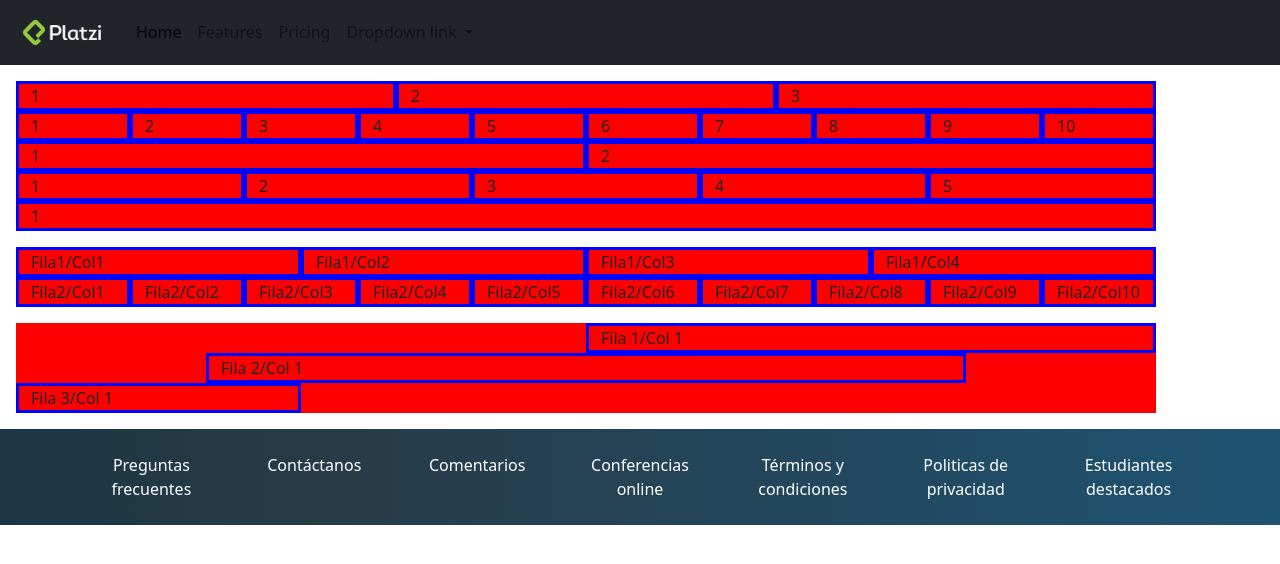
Repository: alexvl06/alexvl06.github.io
Page: index.html
The author's editor kept a copy of each file at every save. The page is drawn from the files as they stood at one save, then again after the next save.
The browser window is 1280 px wide. The pictures show the whole page.

Above is the page before, as saved 2022-07-11 09:23:35.

### index.html
<!DOCTYPE html>
<html lang="en">
  <head>
    <meta charset="utf-8" />
    <meta name="viewport" content="width=device-width, initial-scale=1" />
    <title>Bootstrap demo</title>
    <link
      href="https://cdn.jsdelivr.net/npm/bootstrap@5.2.0-beta1/dist/css/bootstrap.min.css"
      rel="stylesheet"
      integrity="sha384-0evHe/X+R7YkIZDRvuzKMRqM+OrBnVFBL6DOitfPri4tjfHxaWutUpFmBp4vmVor"
      crossorigin="anonymous"
    />
    <link rel="stylesheet" href="index.css" />
  </head>
  <body>
    <header>
      <nav class="navbar navbar-expand-lg bg-dark">
        <div class="container-fluid">
          <a class="navbar-brand" href="#"><img src="assets/images/logo.webp" width="100px" alt=""></a>
          <button
            class="navbar-toggler"
            type="button"
            data-bs-toggle="collapse"
            data-bs-target="#navbarNavDropdown"
            aria-controls="navbarNavDropdown"
            aria-expanded="false"
            aria-label="Toggle navigation"
          >
            <span class="navbar-toggler-icon"></span>
          </button>
          <div class="collapse navbar-collapse" id="navbarNavDropdown">
            <ul class="navbar-nav">
              <li class="nav-item">
                <a class="nav-link active" aria-current="page" href="#">Home</a>
              </li>
              <li class="nav-item">
                <a class="nav-link" href="#">Features</a>
              </li>
              <li class="nav-item">
                <a class="nav-link" href="#">Pricing</a>
              </li>
              <li class="nav-item dropdown">
                <a
                  class="nav-link dropdown-toggle"
                  href="#"
                  id="navbarDropdownMenuLink"
                  role="button"
                  data-bs-toggle="dropdown"
                  aria-expanded="false"
                >
                  Dropdown link
                </a>
                <ul
                  class="dropdown-menu"
                  aria-labelledby="navbarDropdownMenuLink"
                >
                  <li><a class="dropdown-item" href="#">Action</a></li>
                  <li><a class="dropdown-item" href="#">Another action</a></li>
                  <li>
                    <a class="dropdown-item" href="#">Something else here</a>
                  </li>
                </ul>
              </li>
            </ul>
          </div>
        </div>
      </nav>
    </header>
    <div class="container m-3" style="background: red">
      <div class="row">
        <div class="col" style="border: solid blue">1</div>
        <div class="col" style="border: solid blue">2</div>
        <div class="col" style="border: solid blue">3</div>
      </div>
      <div class="row">
        <div class="col" style="border: solid blue">1</div>
        <div class="col" style="border: solid blue">2</div>
        <div class="col" style="border: solid blue">3</div>
        <div class="col" style="border: solid blue">4</div>
        <div class="col" style="border: solid blue">5</div>
        <div class="col" style="border: solid blue">6</div>
        <div class="col" style="border: solid blue">7</div>
        <div class="col" style="border: solid blue">8</div>
        <div class="col" style="border: solid blue">9</div>
        <div class="col" style="border: solid blue">10</div>
      </div>
      <div class="row">
        <div class="col" style="border: solid blue">1</div>
        <div class="col" style="border: solid blue">2</div>
      </div>
      <div class="row">
        <div class="col" style="border: solid blue">1</div>
        <div class="col" style="border: solid blue">2</div>
        <div class="col" style="border: solid blue">3</div>
        <div class="col" style="border: solid blue">4</div>
        <div class="col" style="border: solid blue">5</div>
      </div>
      <div class="row">
        <div class="col" style="border: solid blue">1</div>
      </div>
    </div>

    <div class="container m-3" style="background: red">
      <div class="row">
        <div class="col-6 col-md-3" style="border: solid blue">Fila1/Col1</div>
        <div class="col-6 col-md-3" style="border: solid blue">Fila1/Col2</div>
        <div class="col-6 col-md-3" style="border: solid blue">Fila1/Col3</div>
        <div class="col-6 col-md-3" style="border: solid blue">Fila1/Col4</div>
      </div>
      <div class="row">
        <div class="col-12 col-md-6 col-lg" style="border: solid blue">
          Fila2/Col1
        </div>
        <div class="col-12 col-md-6 col-lg" style="border: solid blue">
          Fila2/Col2
        </div>
        <div class="col-12 col-md-6 col-lg" style="border: solid blue">
          Fila2/Col3
        </div>
        <div class="col-12 col-md-6 col-lg" style="border: solid blue">
          Fila2/Col4
        </div>
        <div class="col-12 col-md-6 col-lg" style="border: solid blue">
          Fila2/Col5
        </div>
        <div class="col-12 col-md-6 col-lg" style="border: solid blue">
          Fila2/Col6
        </div>
        <div class="col-12 col-md-6 col-lg" style="border: solid blue">
          Fila2/Col7
        </div>
        <div class="col-12 col-md-6 col-lg" style="border: solid blue">
          Fila2/Col8
        </div>
        <div class="col-12 col-md-6 col-lg" style="border: solid blue">
          Fila2/Col9
        </div>
        <div class="col-12 col-md-6 col-lg" style="border: solid blue">
          Fila2/Col10
        </div>
      </div>
    </div>

    <div class="container m-3" style="background: red">
      <div class="row">
        <div class="col-12 col-md-6 offset-md-6" style="border: solid blue">
          Fila 1/Col 1
        </div>
      </div>
      <div class="row">
        <div class="col-8 offset-md-2" style="border: solid blue">
          Fila 2/Col 1
        </div>
      </div>
      <div class="row">
        <div class="col-3 offset-9 offset-md-0" style="border: solid blue">
          Fila 3/Col 1
        </div>
      </div>
    </div>
    <footer class="pb-4 pt-4">
      <div class="container">
        <div class="row text-center">
          <div class="col-12 col-lg">
            <a href="#">Preguntas frecuentes</a>
          </div>
          <div class="col-12 col-lg">
            <a href="#">Contáctanos</a>
          </div>
          <div class="col-12 col-lg">
            <a href="#">Comentarios</a>
          </div>
          <div class="col-12 col-lg">
            <a href="#">Conferencias online</a>
          </div>
          <div class="col-12 col-lg">
            <a href="#">Términos y condiciones</a>
          </div>
          <div class="col-12 col-lg">
            <a href="#">Politicas de privacidad</a>
          </div>
          <div class="col-12 col-lg">
            <a href="#">Estudiantes destacados</a>
          </div>
        </div>
      </div>
    </footer>
    <script
      src="https://cdn.jsdelivr.net/npm/bootstrap@5.2.0-beta1/dist/js/bootstrap.bundle.min.js"
      integrity="sha384-pprn3073KE6tl6bjs2QrFaJGz5/SUsLqktiwsUTF55Jfv3qYSDhgCecCxMW52nD2"
      crossorigin="anonymous"
    ></script>
  </body>
</html>

### index.css
footer{
  background: linear-gradient(90deg, #1c3643, #273b47 25%, #1e5372)
}

footer a{
  color: white;
  text-decoration: none;
}


header nav li a{
  color:white;
}

After the next save:
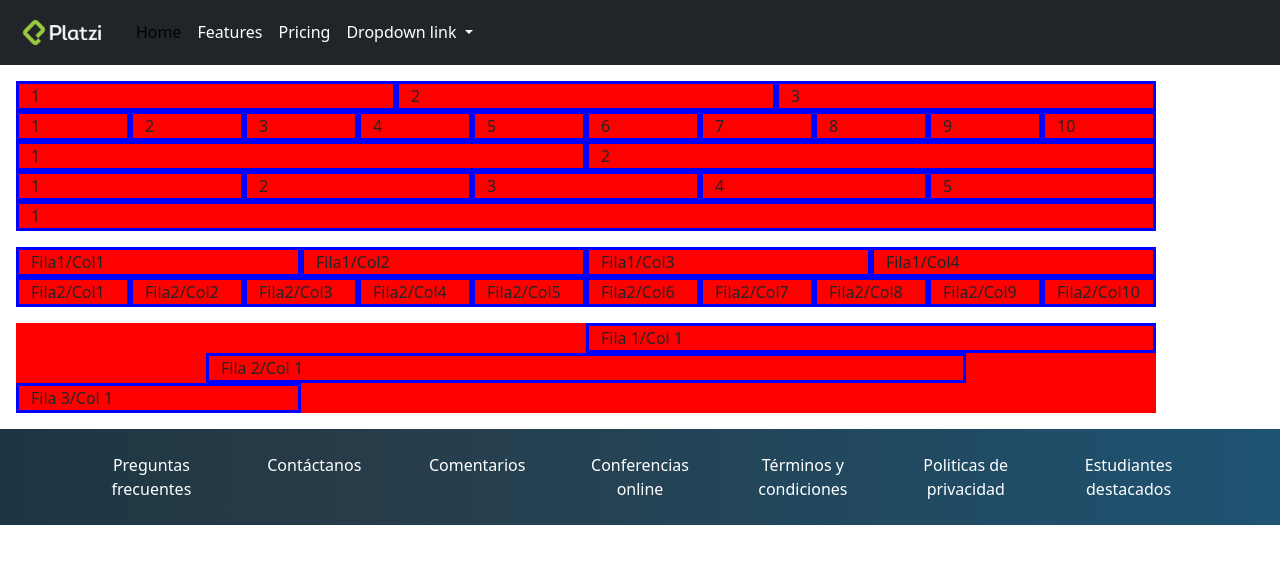
Saved 25 s later.
--- a/index.css
+++ b/index.css
@@ -8,6 +8,6 @@
 }
 
 
-header nav li a{
+.container-fluid li a{
   color:white;
 }

After the save that followed:
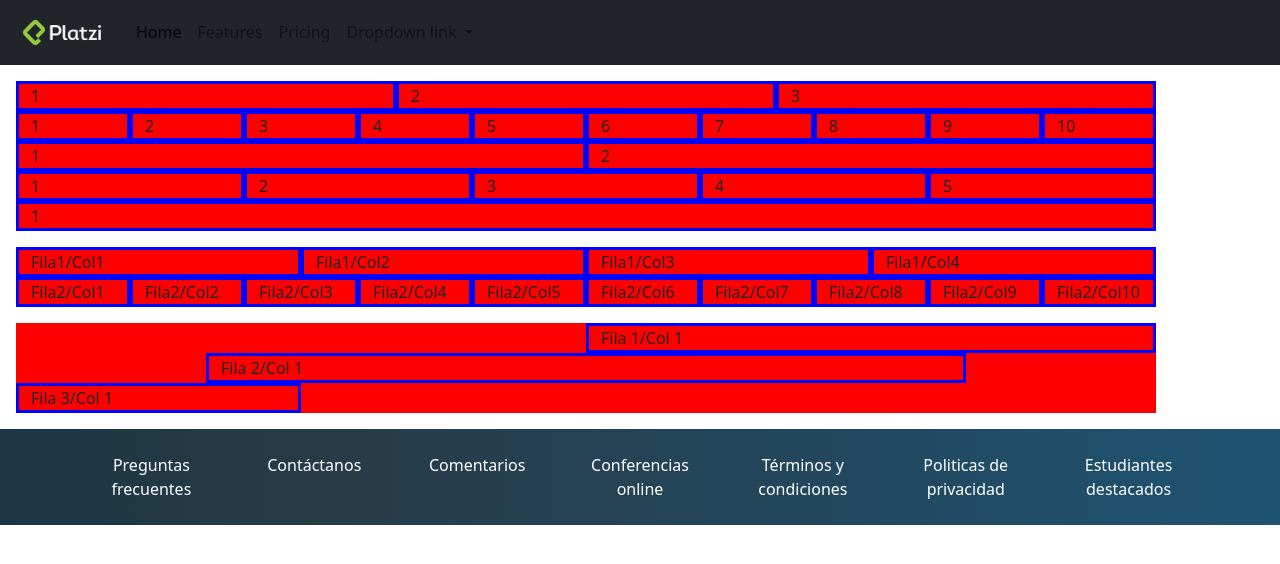
Saved 59 s later.
--- a/index.css
+++ b/index.css
@@ -8,6 +8,6 @@
 }
 
 
-.container-fluid li a{
+.navbar-item{
   color:white;
 }
